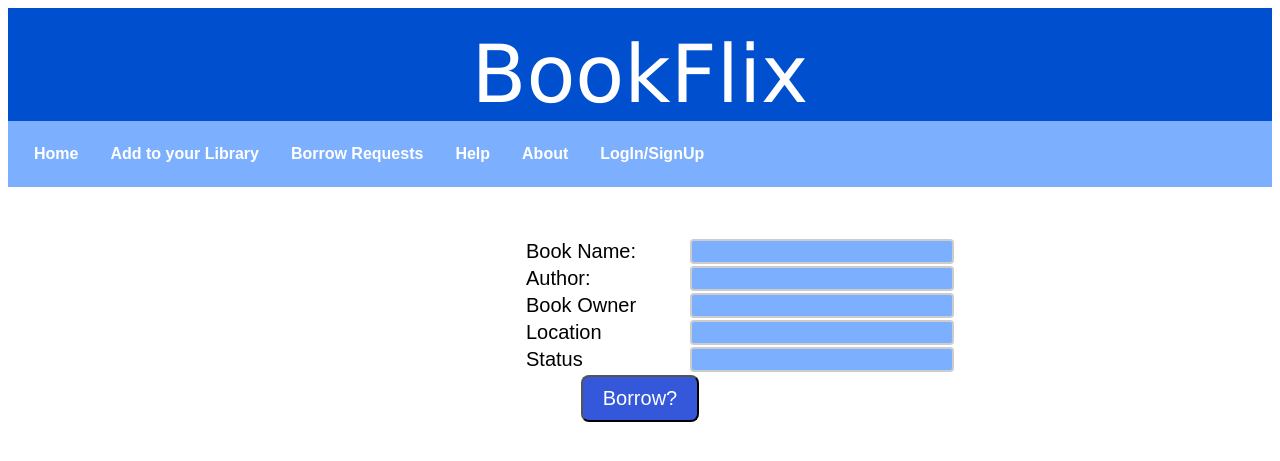
Repository: dan-10/Deloitte
Page: http://localhost/BookFlix/WEB-INF/views/status.jsp
An editor plug-in stored every save of this project. The page is shown before and after the next save, followed by the edit.
The browser window is 1280 px wide. The pictures show the whole page.
The page is served by Tomcat 9. Nobody is signed in. The template is opened directly, without the code that normally fills it, so the values that code supplies are empty.

Above is the page before, as saved 2019-08-09 04:56:45.

After the next save:
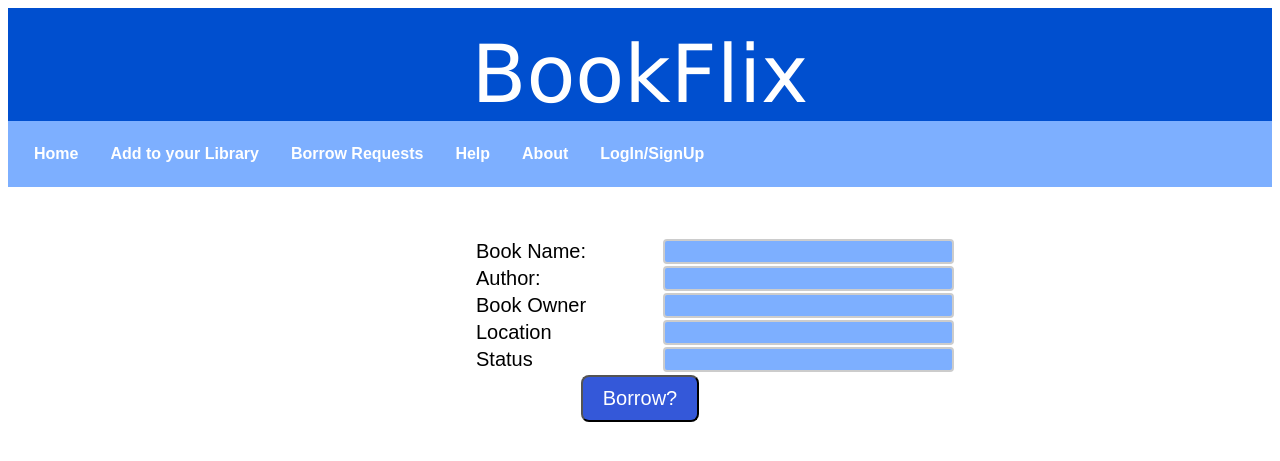
Saved 21 s later.
--- a/DeloitteTrainig/Final Project BookFlix/BookFlix/src/main/webapp/WEB-INF/views/status.jsp
+++ b/DeloitteTrainig/Final Project BookFlix/BookFlix/src/main/webapp/WEB-INF/views/status.jsp
@@ -41,7 +41,7 @@
 .td1{
 
 	width: 20%;
-	padding-left: 200px;
+	padding-left: 150px;
 
 }
 
